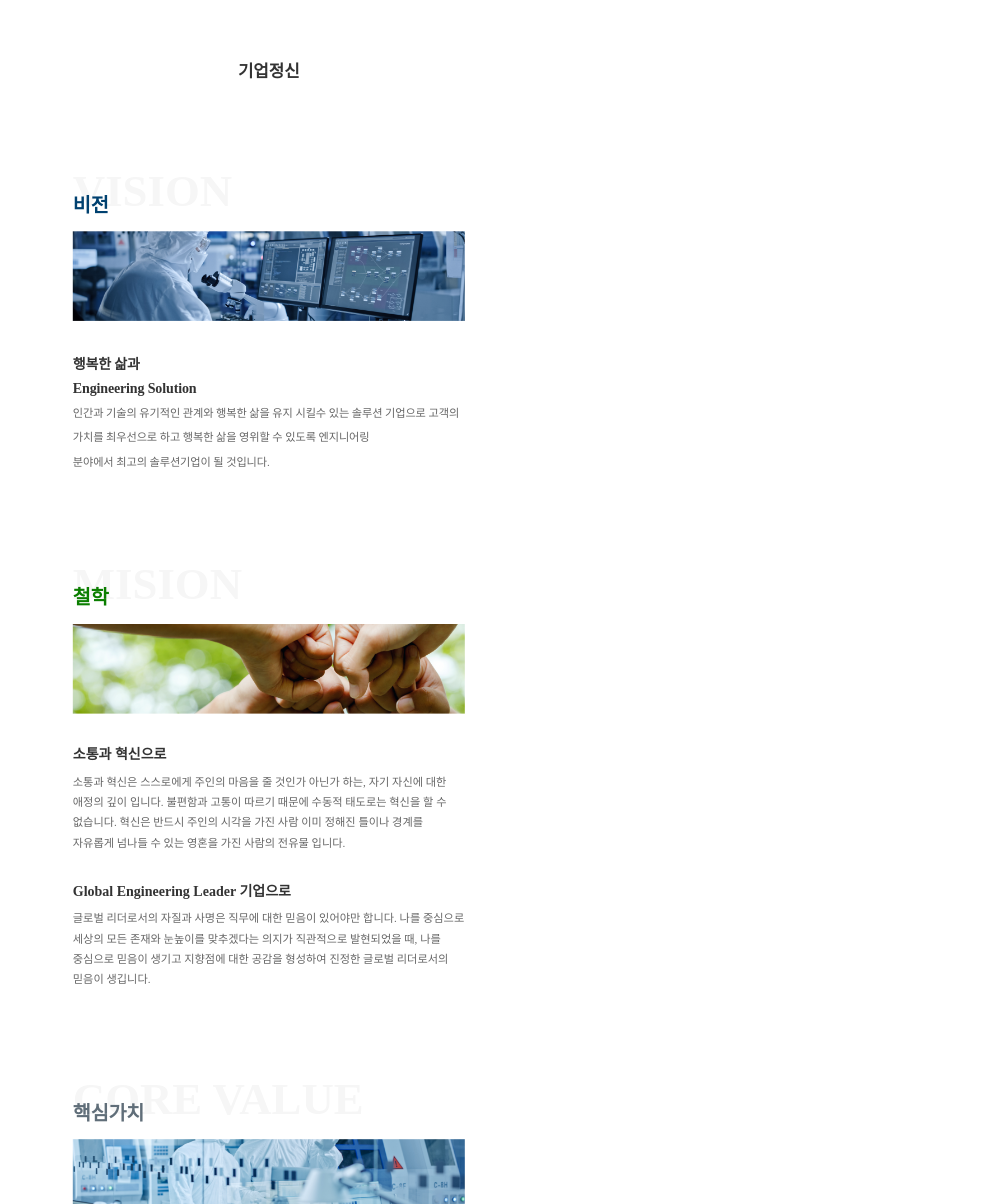
Repository: wogml3270/kumyoungENG
Page: sub/about/about_company.html
The author's editor kept a copy of each file at every save. The page is drawn from the files as they stood at one save, then again after the next save.
The browser window is 768 px wide. The page is 1429 px wide, so the pictures cover 1429 px, including what lies to the right of the window. The pictures show the part of the page from y = 589 to 2309 px (the page is 2988 px tall before and 2895 px after), at 70% of full size.
Some web fonts or font styles are not loaded; a fallback is used.

Above is the page before, as saved 2022-07-25 12:59:02.

### sub/about/about_company.html
<!DOCTYPE html>
<html lang="ko">
    <head>
        <meta charset="UTF-8" />
        <meta http-equiv="X-UA-Compatible" content="ie=edge" />
        <meta name="viewport" content="width=device-width, initial-scale=1.0" />
        <link rel="stylesheet" href="./../css/reset.css" />
        <link rel="stylesheet" href="./../css/about_company.css" />
        <link rel="stylesheet" href="./../css/about_banner.css">
        <link rel="stylesheet" href="./../css/snb_bar.css">
        <link rel="stylesheet" href="../../css/header.css">
        <link rel="stylesheet" href="../../css/footer.css">
        <link rel="stylesheet" href="/css/media.css">
        <script src="https://ajax.googleapis.com/ajax/libs/jquery/3.5.1/jquery.min.js"></script>
        <script src="http://ajax.aspnetcdn.com/ajax/jQuery/jquery-1.12.4.min.js"></script>
        <script src="https://code.jquery.com/jquery-1.12.4.min.js"></script>
        <script src="../../js/script.js"></script>
        <script src="../../js/snb_bar.js"></script>
        <title>회사소개_기업정신</title>
    </head>
    <body>
        <div id="header"></div>
        <div id="wrap">
            <div class="about-banner">
                <p>KUM YOUNG ENG</p>
                <span></span>
                <h3>회사소개</h3>
                <!-- <img src="./../images/company-banner-image.png" alt="배너 이미지"> -->
            </div>

            <div class="snb">
                <a href="./../index.html">homeimg</a>

                    <ul class="snb_box">
                        <li><a href="">회사소개<img src="./../images/Vector 1.png" alt=""></a></li>
                        <li>
                            <a href="/sub/about/about_company.html">기업정신<img src="./../images/Vector 1.png" alt=""></a>
                            <ol class="lnb">
                                <li><a href="/sub/about/about_greeting.html">인사말</a></li>
                                <!-- <li><a href="/sub/about/about_company.html">기업정신</a></li> -->
                                <li><a href="/sub/about/about_management.html">경영이념</a></li>
                                <li><a href="">ESG경영</a></li>
                                <li><a href="/sub/about/about_history.html">연혁</a></li>
                                <li><a href="/sub/about/about_org.html">조직도</a></li>
                                <li><a href="/sub/about/about_branch.html">지사/해외법인</a></li>
                                <li><a href="/sub/about/about_wayto.html">오시는길</a></li>
                            </ol>
                        </li>
                    </ul>
              </div>

            <section id="mind">
                <h2>기업정신</h2>

                <article class="vision">
                    <h3>VISION</h3>
                    <h4>비전</h4>

                    <img src="./../images/vision-image.png" alt="행복한 삶과 Engineering Solution">


                    <div class="firsttx">
                        <p>
                            행복한 삶과 <br />
                            Engineering Solution
                        </p>

                        <p>
                            인간과 기술의 유기적인 관계와 행복한 삶을 유지 시킬수 있는 솔루션 기업으로
                            고객의 가치를 최우선으로 하고 행복한 삶을 영위할 수 있도록 엔지니어링 <br />
                            분야에서 최고의 솔루션기업이 될 것입니다.
                        </p>
                    </div>
                </article>

                <article class="mission">
                    <h3>MISION</h3>
                    <h4>철학</h4>
                    <img src="./../images/mission-image.png" alt="소통과 혁신으로 Global Engineering Leader 기업으로">

                    <div class="secondtx">
                        <div>
                            <p>
                                소통과 <br />
                                혁신으로
                            </p>

                            <p>
                                소통과 혁신은 스스로에게 주인의 마음을 줄 것인가 아닌가 하는, 자기 자신에 대한 애정의 깊이 입니다.
                                불편함과 고통이 따르기 때문에 수동적 태도로는 <br />
                                혁신을 할 수 없습니다. 혁신은 반드시 주인의 시각을 가진 사람 이미 정해진 틀이나
                                경계를 자유롭게 넘나들 수 있는 영혼을 가진 사람의 전유물 입니다.
                            </p>
                        </div>

                        <div>
                            <p>
                                Global Engineering <br />
                                Leader 기업으로
                            </p>

                            <p>
                                글로벌 리더로서의 자질과 사명은 직무에 대한 믿음이 있어야만 합니다.
                                나를 중심으로 세상의 모든 존재와 눈높이를 맞추겠다는 의지가 <br />
                                직관적으로 발현되었을 때, 나를 중심으로 믿음이 생기고 지향점에 대한 공감을 형성하여
                                진정한 글로벌 리더로서의 믿음이 생깁니다.
                            </p>
                        </div>
                    </div>
                </article>

                <article class="core_value">
                    <h3>CORE VALUE</h3>
                    <h4>핵심가치</h4>

                    <img src="./../images/value-image.png" alt="핵심가치">
                    <div class="thirdtx">
                        <dl>
                            <dt>고객우선</dt>
                            <dd>KY ENG는 고객이 원하는 믿을 수 있는 제품과 서비스를 제공한다.</dd>
                        </dl>
                        <dl>
                            <dt>인재우선</dt>
                            <dd>KY ENG는 신뢰와 존중을 바탕으로 기업과 인재가 함께 성장해 나갑니다.</dd>
                        </dl>
                        <dl>
                            <dt>창의적 혁신</dt>
                            <dd>KY ENG는 독창적 사고로 고정관념을 타파하여 차별화된 경쟁력을 확보하고 새로운 시장을 선도한다.</dd>
                        </dl>
                        <dl>
                            <dt>변화선도</dt>
                            <dd>KY ENG 는 현실안주를 퇴보로 인식하고, 끊임없이 변화와 혁신을 추구해온 기업이며 세계시장을 리드하고 변화를 선도하는 기업이 되기 위해 노력합니다.</dd>
                        </dl>
                    </div>

                </article>
            </section>
        </div>
        <div id="footer"></div>
    </body>
</html>

### sub/css/reset.css
@charset "UTF-8";

* {
    margin: 0;
    padding: 0;
  }

  body,
  html {
    width: 100%;
    height: 100%;
    font-family: "Pretendard";
  }

  ul,
  li {
    list-style: none;
    text-decoration: none;
  }

  a:link,
  a:visited,
  a:hover,
  a:active {
    color: #fff;
    text-decoration: none;
  }

### sub/css/about_company.css
@charset "utf-8";

@import url("https://cdn.jsdelivr.net/gh/orioncactus/pretendard@v1.3.4/dist/web/static/pretendard.css");

#wrap > img {
  width: 100%;
  height: auto;
}

#mind {
  width: 100%;
  padding-top: 110px;
}

#mind > h2 {
  color: #333;
  font-size: 24px;
  font-weight: 600;
  text-align: center;
}

article {
  width: 72.916%;
  margin-left: 13.5416%;
  margin-top: 120px;
}

article > h3 {
  color: #f6f6f6;
  font-size: 80px;
  font-weight: 800;
}

article > h4 {
  font-size: 36px;
  font-weight: 600;
  letter-spacing: -0.01em;
  position: relative;
  top: -40px;
}

article > img {
  width: 100%;
  margin-top: -20px;
}

article > div > p {
  /* word-break: keep-all; */
}

.vision > h4 {
  color: #004170;
}

.firsttx {
  display: flex;
  flex-flow: row nowrap;
  justify-content: space-between;
  margin-top: 40px;
}
.firsttx > p {
  line-height: 35px;
  letter-spacing: -0.01em;
}
.firsttx > p:nth-child(1) {
  color: #333;
  font-size: 26px;
  font-weight: 600;
  margin-right: 10px;
}
.firsttx > p:nth-child(2) {
  color: #666;
  font-weight: 400;
  font-size: 18px;
}

.mission > h4 {
  color: #0B7E00;
}
.secondtx > div {
  display: flex;
  flex-flow: row nowrap;
  justify-content: flex-start;
  margin-top: 40px;
  line-height: 35px;
}

.secondtx > div > p {
  word-break: keep-all;
  /* width: 223px; */
}

.secondtx > div:nth-child(1) > p:nth-child(1){
  /* width: 90px; */
  margin-right: 249px;
}
.secondtx > div:nth-child(2) > p:nth-child(1){
  /* width: 90px; */
  margin-right: 116px;
}


.secondtx > div:nth-child(1) > p:nth-child(2) {
  /* margin-left: 17.785%; */
  /* margin-left: 12.96875%; */
}
.secondtx > div:nth-child(2) > p:nth-child(2) {
  /* margin-left: 8.286%; */
  /* margin-left: 6.0416%; */
}
.secondtx > div > p:nth-child(1){
  color: #333;
  font-size: 26px;
  font-weight: 600;
}
.secondtx > div > p:nth-child(2){
  color: #666;
  font-size: 18px;
  font-weight: 400;
}

.core_value > h4 {
  color: #606E79;
}

.thirdtx {
  margin-top: 40px;
}

.thirdtx > dl {
  display: flex;
  flex-flow: row nowrap;
  justify-content: flex-start;
  margin-bottom: 20px;
}

.thirdtx > dl:last-child {
  margin-bottom: initial;
}

.thirdtx > dl > dt {
  color: #333;
  font-size: 26px;
  font-weight: 600;
  line-height: 35px;
  white-space: nowrap;
}

.thirdtx > dl > dd {
  color: #666;
  font-size: 18px;
  font-weight: 400;
  line-height: 35px;
  margin-left: 17.7857%;
  white-space: nowrap;
}

.thirdtx > dl:nth-child(3) > dd {
  margin-left: 15.7857%;
}

@media screen and (max-width: 899px){

  article > h3 {
    font-size: 64px;
  }

  article > h4 {
    font-size: 28px;
  }
  .firsttx{
      flex-direction: column;
  }
  .firsttx > p:nth-child(1) {
    padding-right: 50px;
    font-size: 20px;
  }

  .firsttx > p:nth-child(2) {
    font-size: 16px;
  }

  .secondtx > div {
    display: block;
    line-height: 29px;
  }
  .secondtx > div:nth-child(1) > p:nth-child(1){
    margin-right: 0;
    margin-bottom: 10px;
  }

  .secondtx > div:nth-child(2){
    display: block;
  }

  .secondtx > div > p > br {
    display: none;
  }
  .secondtx > div > p:nth-child(1){
    font-size: 20px;
    margin-right: 0;
  }

  .secondtx > div:nth-child(2) > p:nth-child(1) {
    margin: initial;
    margin-bottom: 10px;
    /* padding-right: 100px; */
  }

  .secondtx > div > p:nth-child(2){
    word-break: keep-all;
    font-size: 16px;
  }

}

### sub/css/about_banner.css
@charset "UTF-8";

.about-banner{
    width: 100%;
    height: 500px;
    background: url(../../images/company-banner-image.png) no-repeat center center;
    background-size: cover;
    display: flex;
    flex-direction: column;
    align-items: center;
    justify-content: center;
  }
  .about-banner p{
    font-family: 'Pretendard';
    font-style: normal;
    font-weight: 400;
    font-size: 16px;
    line-height: 20px;
    text-align: center;
    letter-spacing: -0.01em;
    color: #FFFFFF;
  }
  .about-banner span{
    width: 40px;
    height: 1px;
    background: #FFFFFF;
    margin: 16px 0;
  }
  .about-banner h3{
    font-family: 'Pretendard';
    font-style: normal;
    font-weight: 700;
    font-size: 24px;
    line-height: 24px;
    text-align: center;
    letter-spacing: -0.01em;
    color: #FFFFFF;
  }

### sub/css/snb_bar.css
@charset "utf-8";

ul,li {
    list-style: none;
    text-decoration: none;
}

a:link,
a:visited,
a:hover,
a:active {
    color: #fff;
    text-decoration: none;
}

.snb {
    position: relative;
    top: -26px;
    width: 72.916%;
    height: 60px;
    margin: 0 auto;
    background-color: #fff;
    border: 1px solid #ddd;
    box-sizing: border-box;
    box-shadow: 0px 4px 15px rgba(0, 0, 0, 0.1);
    z-index: 1;
}

.snb > a {
    position: absolute;
    top: -1px;
    left: -1px;
    display: block;
    width: 65px;
    height: 60px;
    text-indent: -9999px;
    background-color: #004170;
    background-image: url(./../images/Group.png);
    background-position: center center;
    background-repeat: no-repeat;
}

.snb > a {
    display: block;
    width: 65px;
    height: 60px;
}

.snb_box {
    display: flex;
    flex-flow: row nowrap;
    /* margin-left: 20.5px; */
    margin-left: 64px;
    margin-top: 0;

}

.snb_box > li {
    position: relative;
    text-indent: 20.5px;
    /* text-indent: 30%; */
    width: 209px;
    height: 60px;
    line-height: 60px;
    border-right: 1px solid #ddd;
    box-sizing: border-box;
}

.snb_box > li > a {
    display: block;
    height: 60px;
    color: #333;
}

.snb_box > li > a > img {
    position: absolute;
    top: 22.5px;
    left: 80%;

}

.snb_box > li:last-child > a:hover > img {
    transform: rotate(90deg);
    transition: 0.3s;
}

.lnb {
    display: none;
    position: absolute;
    width: 100%;
    padding: 0;
    border: 1px solid #DDDDDD;
    border-top: none;
    background-color: #fff;
}

.lnb > li > a {
    color: #333;
    display: block;
}

.lnb > li > a:hover {
    background-color: #F5F5F5;
}

### css/footer.css
@charset "utf-8";

@import url("https://cdn.jsdelivr.net/gh/orioncactus/pretendard@v1.3.4/dist/web/static/pretendard.css");

body {
    margin: 0 auto;
    padding: 0;
}

footer {
    position: relative;
    width: 100%;
    height: 132px;
    font-family: 'Pretendard';
    font-size: 14px;
    font-weight: 400;
    background-color: #122B42;
    display: flex;
    align-items: center;
    justify-content: space-between;
    margin-top: 150px;
}

footer > address {
    color: #CECED5;
    line-height: 30px;
    font-style: normal;
    letter-spacing: -0.01em;
    margin-left: 13.663%;
}

footer > .footer-right{
    display: flex;
    flex-direction: column;
    align-items: flex-end;
    margin-right: 13.663%;
}
footer > .footer-right .logo {
    margin-bottom: 16px;
    display: block;
}

footer > .footer-right span {
    color: #CECED5;
}

### css/media.css
@charset "utf-8";

@media only screen and (min-width: 899px){
    .header_gnb_mobile{
        position: absolute;
        top: -9999px;
    }
}
    /* 모바일 가로, 타블렛 세로 */
@media only screen and (max-width: 899px) {

    /* header */
    .header{
        height: 120px;
        flex-direction: column;
    }
    .header > a{
        margin: 27px 10px 0 10px;
        z-index: 9999;
    }
    .header > a > img{
        width: 120px;
    }
    .header_gnb{
        display: none;
    }
    .header > .right{
        margin-right: 0;
        width: 100%;
    }
    .header > .right > .lang{
        position: absolute;
        top: 30px;
        left: 20px;
    }
    .header > .right > .lang > a{
        font-size: 11px;
    }
    .header_gnb_mobile{
        padding-top: 80px;
        width: 100%;
        background: #ffffff;
        position: absolute;
        top: 0;
    }
    .header_gnb_mobile > li{
        padding: 15px 20px;
        cursor: pointer;
        border-bottom: 1px solid #cccccc;
        position: relative;
    }
    .header_gnb_mobile > li::before{
        content: ">";
        position: absolute;
        right: 25px;
        font-family: 'Pretendard';
        font-style: normal;
        font-weight: 400;
        font-size: 20px;
        color: #9c9c9c;
        transform: rotate(90deg);
        transition: 0.3s;
    }
    .header_gnb_mobile > li > a{
        color: #333333;
        font-family: 'Pretendard';
        font-style: normal;
        font-weight: 400;
    }
    .header_gnb_mobile_toggle{
        display: block;
        z-index: 9999;
    }
    .header_gnb_mobile > li > ul > li{
        margin-left: 20px;
        margin-top: 5px;
    }
    .header_gnb_mobile > li > ul > li > a{
        position: relative;
        font-family: 'Pretendard';
        font-style: normal;
        font-weight: 400;
        font-size: 13px;
        line-height: 18px;
        letter-spacing: -0.01em;
        color: #5B5D7E;
    }
    .header_gnb_mobile > li > ul > li > a::before{
        content: "";
        background: #333333;
        width: 3px;
        height: 3px;
        border-radius: 50%;
        position: absolute;
        left: -11px;
        top: 6px;
    }

    /* main */
    .main_slide > ul > li{
        padding: 0;
        width: 25%;
        text-align: center;
    }
    .tab_menu{
        width: 100%;
    }
    .tab_menu .active::after{
        content: "";
        position: absolute;
        width: 95%;
        height: 63px;
        background: none;
        border: 3px solid #0b7e00;
        left: 10px;
        bottom: 0;
    }
    .tab_menu > .list{
        text-align: center;
        align-items: center;
        justify-content: center;
        flex-direction: column;
    }
    .tab_menu > .list > li{
        width: 100%;
        margin-right: 0;
        padding: 20px 0;
    }
    .tab_menu > .list > li.active{
        font-weight: 900;
    }
    .content01_area{
        height: 1078px;
    }
    .content01_box{
        flex-direction: column;
    }
    .content01_img{
        margin-right: 0;
        text-align: center;
    }
    .content01_img img{
        margin-right: 0;
    }
    .content01_img2 img{
        width: 90%;
    }
    .content01_caption{
        margin: 10px 0;
        width: 80%;
    }
    .content02{
        height: auto;
    }
    .content02 > h2{
        width: 100%;
        text-align: center;
    }
    .content02_box{
        flex-direction: column;
        justify-content: center;
        align-items: center;
        margin: 100px auto;
        gap: 60px;
        width: 90%;
    }
    .content02_box img{
        width: 100%;
    }
    .content02_txt_box{
        top: 172px;
        width: 90%;
        left: 20px;
    }

    .content03_box{
        width: 100%;
    }
    .content03_box_title{
        width: 80%;
    }
    .content03_box_sub{
        width: 80%;
    }

    /* footer */
    footer{
        flex-direction: column;
        justify-content: space-around;
        height: 250px;
    }
    footer > address{
        margin-left: 0;
        text-align: center;
        font-size: 16px;
        width: 80%;
    }
    footer > .footer-right{
        flex-direction: column;
        align-items: center;
        margin: 0 15px;
    }
}

### sub/about/footer.html
<footer>
    <address>
        금영이엔지 | 대전광역시 유성구 엑스포로 385, 본관동 1층,3층 (문지동) <br />
        Tel 042&ndash;824&ndash;5538 | Fax 042&ndash;824&ndash;5539 <br />
        사업자등록번호 314&ndash;81&ndash;92242
    </address>

    <div class="footer-right">
        <a href="#" class="logo">
            <img src="/images/logo-footer.svg" alt="">
        </a>
        <span>Copyright &copy; 2015 KUM YOUNG. All Rights Reserved.</span>
    </div>

</footer>

Loaded but not shown: js/script.js (36 lines, source omitted); js/snb_bar.js (14 lines, source omitted); sub/about/header.html (358 lines, source omitted); css/header.css (302 lines, source omitted)

After the next save:
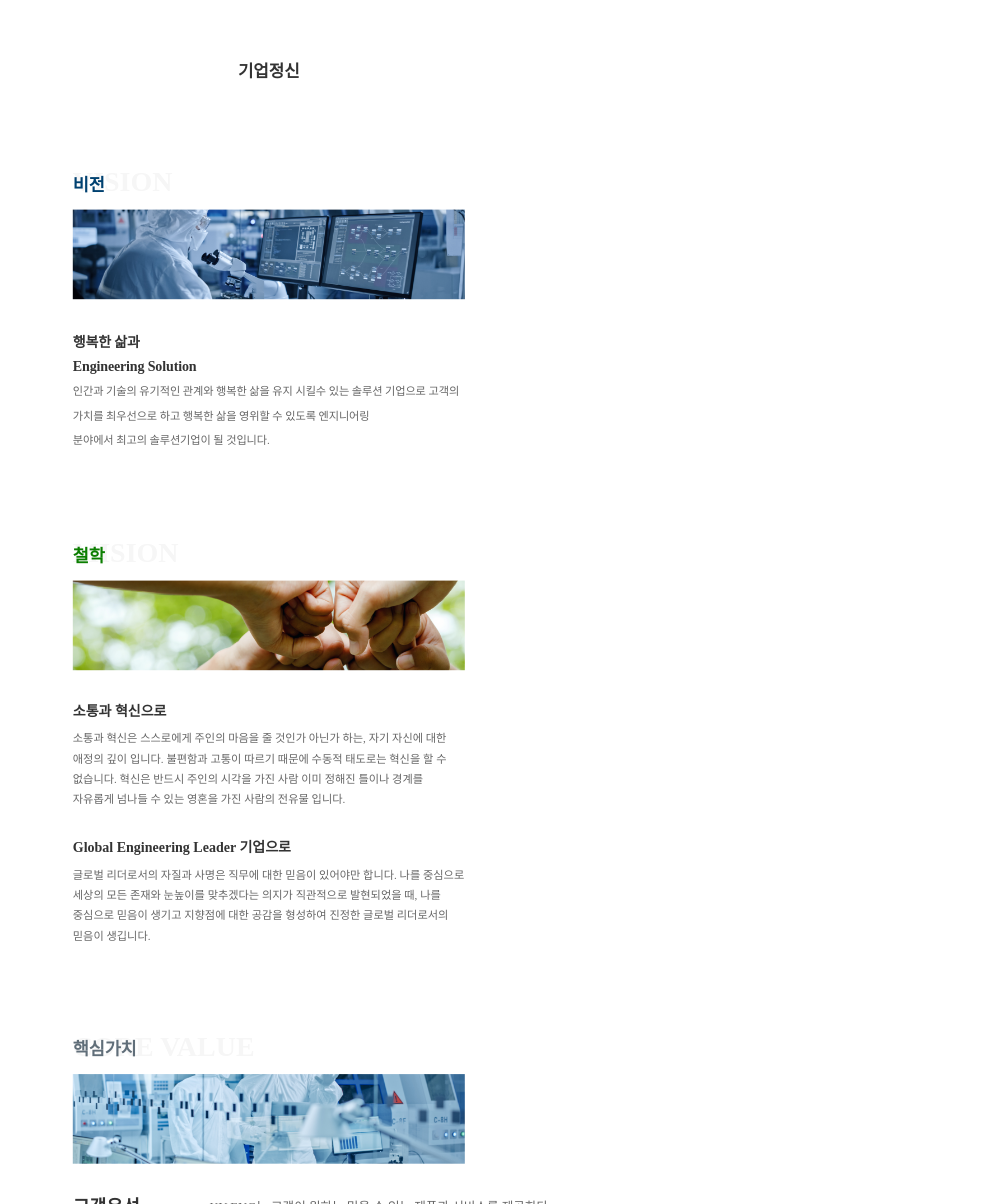
Saved 4 min 12 s later.
--- a/sub/css/about_company.css
+++ b/sub/css/about_company.css
@@ -162,11 +162,11 @@
 @media screen and (max-width: 899px){
 
   article > h3 {
-    font-size: 64px;
+    font-size: 40px;
   }
 
   article > h4 {
-    font-size: 28px;
+    font-size: 25px;
   }
   .firsttx{
       flex-direction: column;
